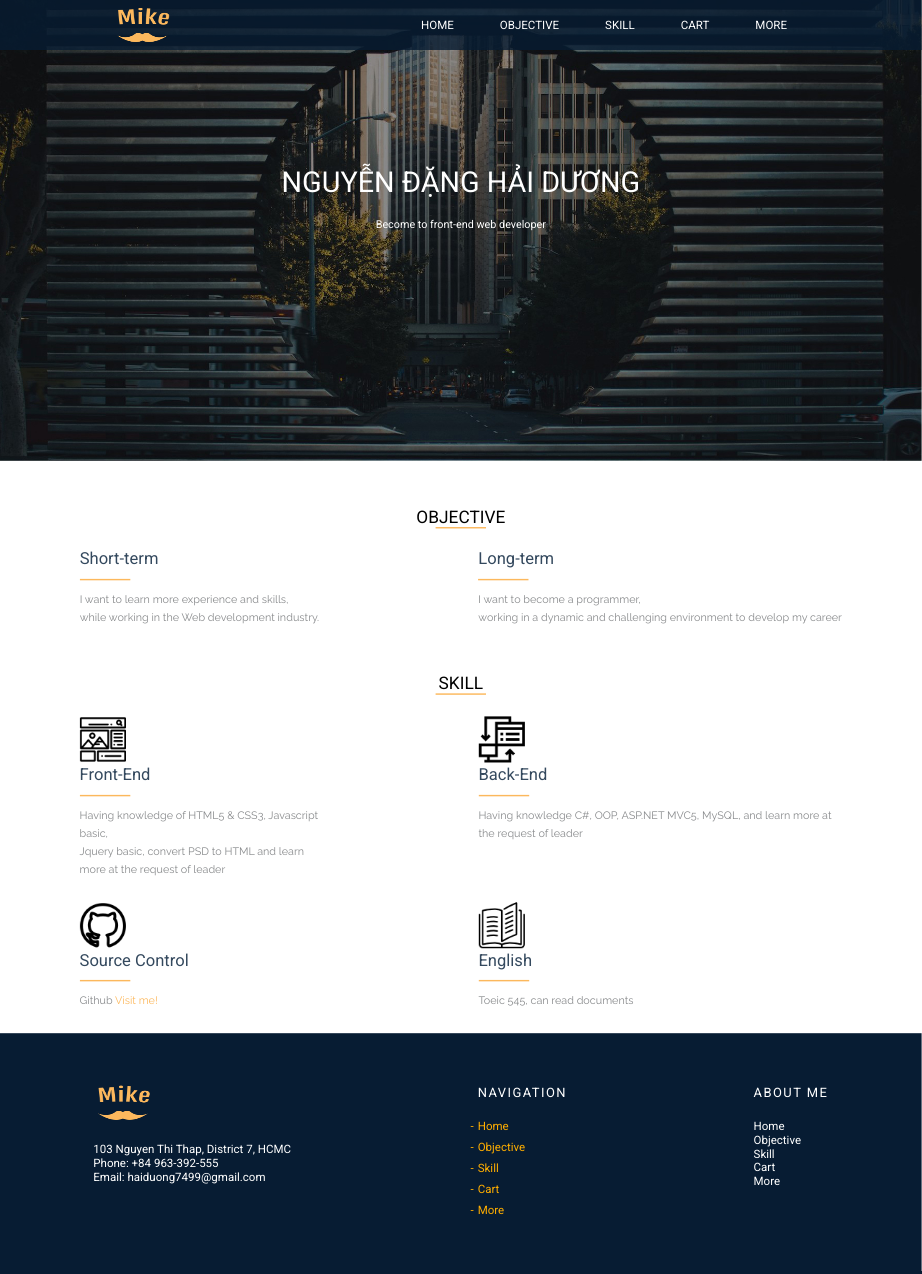
Repository: haiduong7499/Personal-Profile
Page: index.html
These files come from the project's save history. The page is drawn as it stood at one moment and after the next save; the edit follows.
The browser window is 1280 px wide. The pictures show the whole page, at 72% of full size.

Above is the page before, as saved 2021-03-02 13:42:50.

After the next save:
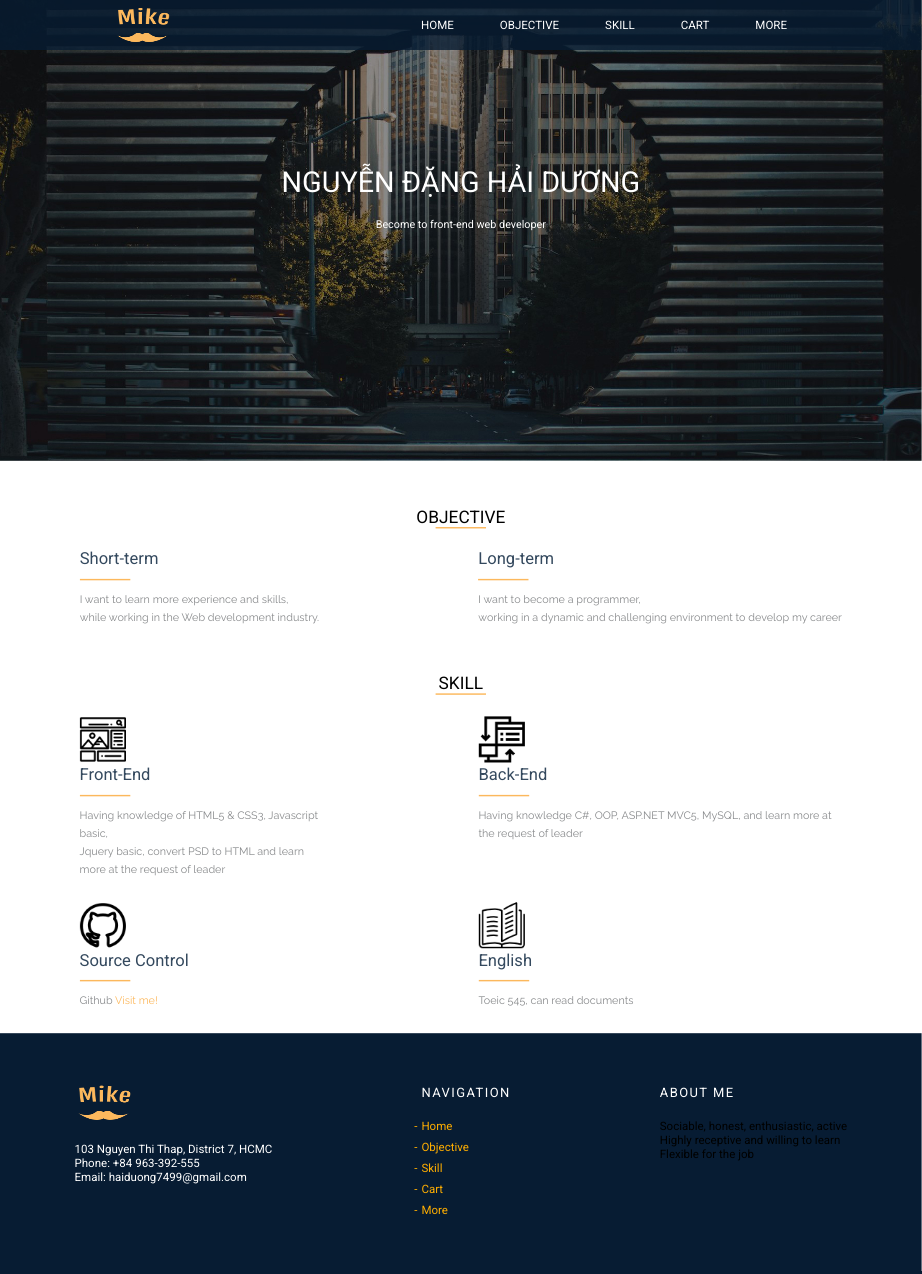
Saved 86 s later.
--- a/index.html
+++ b/index.html
@@ -143,11 +143,9 @@
             <div class="about-me">
                 <h6>About Me</h6>
                 <ul class="">
-                    <li><a href="#">Home</a></li>
-                    <li><a href="#">Objective</a></li>
-                    <li><a href="#">Skill</a></li>
-                    <li><a href="#">Cart</a></li>
-                    <li><a href="#">More</a></li>
+                    <li>Sociable, honest, enthusiastic, active</li>
+                    <li>Highly receptive and willing to learn</li>
+                    <li>Flexible for the job</li>
                 </ul>
             </div>
         </div>
